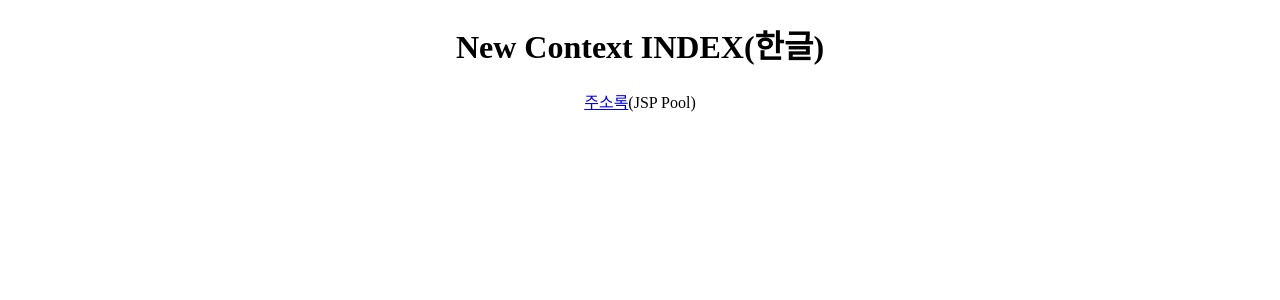
Repository: betweenhj702/Web-App-Server-Practices
Page: http://localhost/HelloPj/
The author's editor kept a copy of each file at every save. The page is drawn from the files as they stood at one save, then again after the next save.
The browser window is 1280 px wide. The pictures show the whole page.
The page is served by Tomcat 9.

Above is the page before, as saved 2020-12-29 04:02:17.

After the next save:
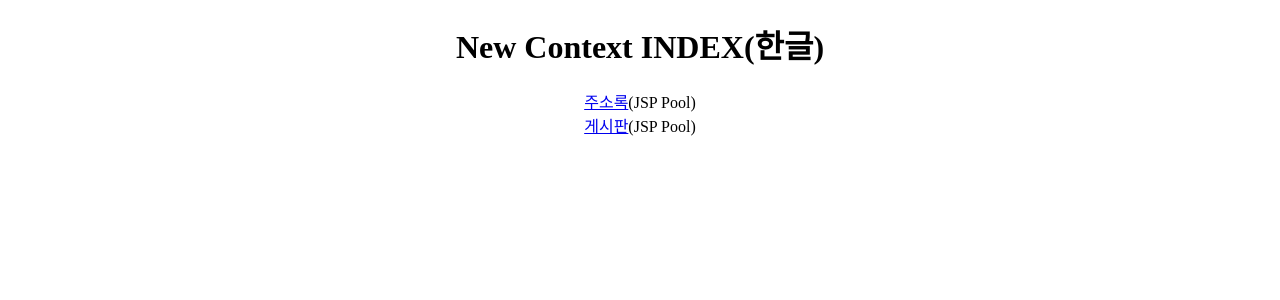
Saved 90 s later.
--- a/workspace/HelloPj/WebContent/index.jsp
+++ b/workspace/HelloPj/WebContent/index.jsp
@@ -11,6 +11,7 @@
 		   <h1>New Context INDEX(한글)</h1>
 		   <p>
 		   	<a href="addr_jsp_pool/list.jsp">주소록</a>(JSP Pool)<br/>
+		   	<a href="addr_jsp_pool/list.jsp">게시판</a>(JSP Pool)<br/>
 		   </p>
 		</div>
 </body>
